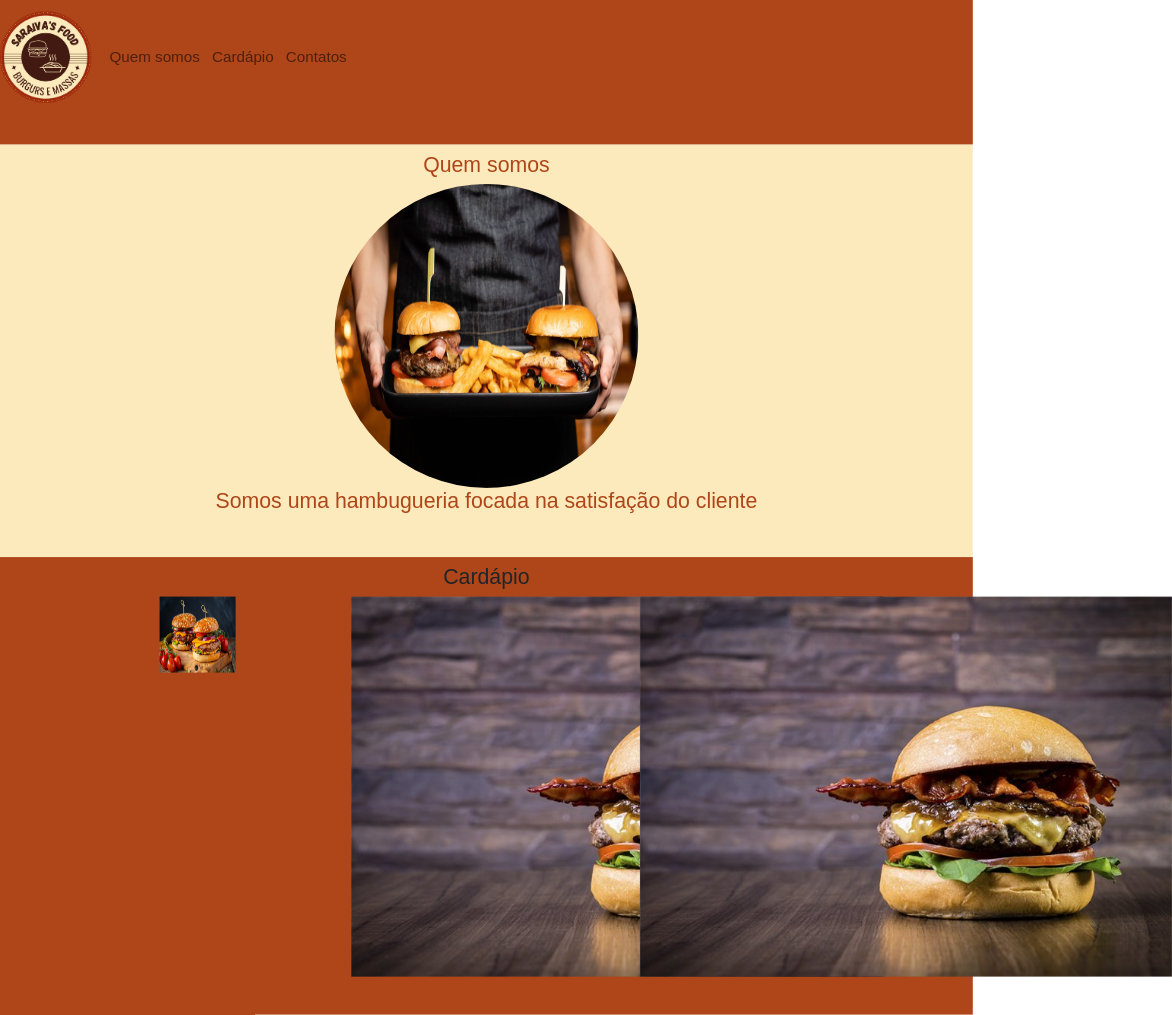
Repository: Tuanemendes/curso_bootstrap
Page: projeto1/index.html
The author's editor kept a copy of each file at every save. The page is drawn from the files as they stood at one save, then again after the next save.
The browser window is 1280 px wide. The page is 1542 px wide, so the pictures cover 1542 px, including what lies to the right of the window. The pictures show the whole page, at 76% of full size.

Above is the page before, as saved 2022-04-04 17:09:13.

### projeto1/index.html
<!DOCTYPE html>
<html lang="pt-br">

<head>
    <title>Saraiva's</title>
    <meta charset="utf-8">
     <link href="https://cdn.jsdelivr.net/npm/bootstrap@5.1.3/dist/css/bootstrap.min.css" rel="stylesheet" integrity="sha384-1BmE4kWBq78iYhFldvKuhfTAU6auU8tT94WrHftjDbrCEXSU1oBoqyl2QvZ6jIW3" crossorigin="anonymous">
        <link rel=" stylesheet" type="text/css" href="/css/style.css">
</head>

<body>
    <nav class="navbar navbar-expand-lg navbar-light margin">
        <a class="navbar-brand" href="#">
            <img src="/img/saraivasfood.png" alt="logo" width="120" height="120">
        </a>
        <div class="collapse navbar-collapse">
            <ul class="navbar-nav">
                <li class="nav-item">
                    <a class="nav-link " href="#"> Quem somos </a>
                </li>
                <li class="nav-item">
                    <a class="nav-link " href="#"> Cardápio </a>
                </li>
                <li class="nav-item">
                    <a class="nav-link " href="#"> Contatos </a>
                </li>
            </ul>
        </div>
    </nav>

    <section id="quemsomos">
        <div class="container-fluid quem-somos text-center margin">
                <h3>Quem somos</h3>
                <img src="/img/FICHA-TECNICA-PARA-HAMBURGUERIA-DICA.jpg" class="rounded-circle" alt="burgueria" width="400" height="400">
                <h3>Somos uma hambugueria  focada na satisfação do cliente</h3>
        </div>
    </section>
    <section id="cardapio">
        <div class="container-fluid text-center margin cardapio">
           <h3>Cardápio</h3>
            <div class="container">
                <div class="row">
                    <div class="col-md-4">
                         <img src="/img/dia_do_hamburguer_EPA_0.jpg" alt="" width="100px" height="100px" >

                    </div>
                    <div class="col-md-4">
                        <img src="/img/como-montar-uma-hamburgueria.jpg" alt="">

                    </div>
                    <div class="col-md-4">
                        <img src="/img/como-montar-uma-hamburgueria.jpg" alt="">

                    </div>
                </div>
            </div>
        </div>
    </section>

</body>

</html>

### css/style.css
body{
  font: 20px Arial,sans-serif;
}

.navbar{
    background-color: #ae4619;

}
.quem-somos{
    background-color: #fceabc;
    color: #ae4619;

}
.margin{
    padding-bottom: 50px;
    padding-top: 10px;

}
.cardapio{
    background-color: #ae4619;

}

After the next save:
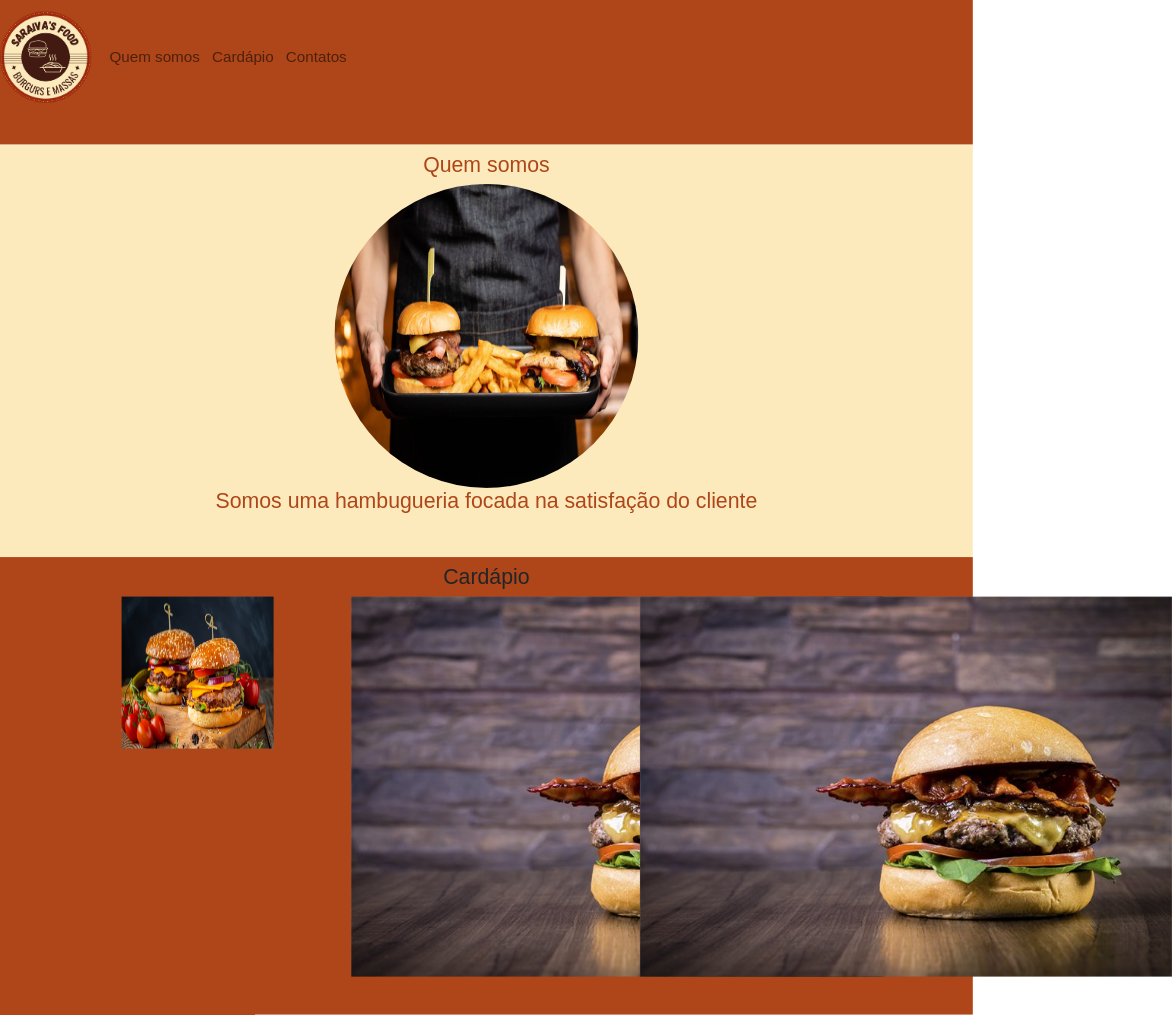
Saved 18 s later.
--- a/projeto1/index.html
+++ b/projeto1/index.html
@@ -41,7 +41,7 @@
             <div class="container">
                 <div class="row">
                     <div class="col-md-4">
-                         <img src="/img/dia_do_hamburguer_EPA_0.jpg" alt="" width="100px" height="100px" >
+                         <img src="/img/dia_do_hamburguer_EPA_0.jpg" alt="" width="200px" height="200px" >
 
                     </div>
                     <div class="col-md-4">
